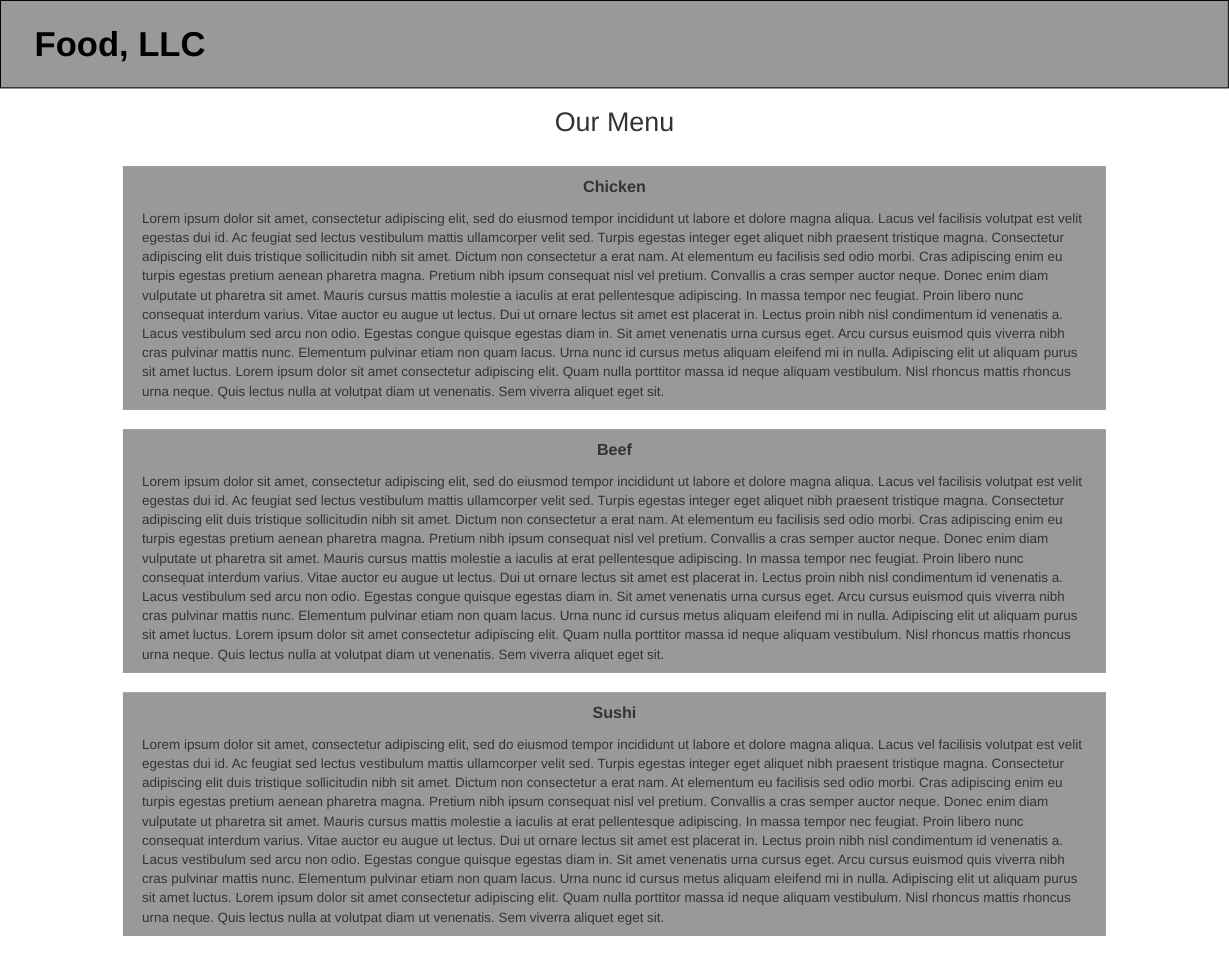
Repository: Cynthia-woo/coursera_frontend_JHU
Page: module3-solution/index.html
The author's editor kept a copy of each file at every save. The page is drawn from the files as they stood at one save, then again after the next save.
The browser window is 1280 px wide. The pictures show the whole page, at 96% of full size.

Above is the page before, as saved 2024-04-21 04:08:26.

### module3-solution/index.html
<!doctype html>
<html lang="en">
  <head>
    <meta charset="utf-8">
    <meta http-equiv="X-UA-Compatible" content="IE=edge">
    <meta name="viewport" content="width=device-width, initial-scale=1">

    <!-- HTML5 shim and Respond.js for IE8 support of HTML5 elements and media queries -->
    <!-- WARNING: Respond.js doesn't work if you view the page via file:// -->
    <!--[if lt IE 9]>
      <script src="https://oss.maxcdn.com/html5shiv/3.7.2/html5shiv.min.js"></script>
      <script src="https://oss.maxcdn.com/respond/1.4.2/respond.min.js"></script>
    <![endif]-->

    <title>Assignment3-solution</title>
    <link rel="stylesheet" href="css/bootstrap.min.css">
    <link rel="stylesheet" href="css/styles.css">
  </head>
<body>
    <header>
        <nav id="header-nav" class="navbar navbar-default">
          <div class="container-fluid">
            <div class="navbar-header">
              <div class="navbar-brand">
                <a href="index.html"><span>Food, LLC</span></a>
              </div>

              <button type="button" class="navbar-toggle collapsed" data-toggle="collapse" data-target="#collapsable-nav" aria-expanded="false">
                <span class="sr-only">Toggle navigation</span>
                <span class="icon-bar"></span>
                <span class="icon-bar"></span>
                <span class="icon-bar"></span>
              </button>
            </div>


            <div id="collapsable-nav" class="collapse navbar-collapse hidden-lg hidden-md">
               <ul id="nav-list" class="nav navbar-nav navbar-right">
                <li>
                  <a href="menu-categories.html">
                    <br class="hidden-xs">Chicken</a>
                </li>
                <li>
                  <a href="#">
                    </span><br class="hidden-xs">Beef</a>
                </li>
                <li>
                  <a href="#">
                    <br class="hidden-xs">Sushi</a>
                </li>
              </ul><!-- #nav-list -->
            </div><!-- .collapse .navbar-collapse -->
          </div><!-- .container -->
        </nav><!-- #header-nav -->
      </header>

      <h1 id="main_title">Our Menu</h1>

      <section>
        <div id="all_dishes" class="row">
            <div class="col-md-12 col-sm-12 col-xs-12">
                <div class="dish_title">Chicken</div>
                <div class="dish_detail">Lorem ipsum dolor sit amet, consectetur adipiscing elit, sed do eiusmod tempor incididunt ut labore et dolore magna aliqua. Lacus vel facilisis volutpat est velit egestas dui id. Ac feugiat sed lectus vestibulum mattis ullamcorper velit sed. Turpis egestas integer eget aliquet nibh praesent tristique magna. Consectetur adipiscing elit duis tristique sollicitudin nibh sit amet. Dictum non consectetur a erat nam. At elementum eu facilisis sed odio morbi. Cras adipiscing enim eu turpis egestas pretium aenean pharetra magna. Pretium nibh ipsum consequat nisl vel pretium. Convallis a cras semper auctor neque. Donec enim diam vulputate ut pharetra sit amet. Mauris cursus mattis molestie a iaculis at erat pellentesque adipiscing. In massa tempor nec feugiat. Proin libero nunc consequat interdum varius. Vitae auctor eu augue ut lectus.

                    Dui ut ornare lectus sit amet est placerat in. Lectus proin nibh nisl condimentum id venenatis a. Lacus vestibulum sed arcu non odio. Egestas congue quisque egestas diam in. Sit amet venenatis urna cursus eget. Arcu cursus euismod quis viverra nibh cras pulvinar mattis nunc. Elementum pulvinar etiam non quam lacus. Urna nunc id cursus metus aliquam eleifend mi in nulla. Adipiscing elit ut aliquam purus sit amet luctus. Lorem ipsum dolor sit amet consectetur adipiscing elit. Quam nulla porttitor massa id neque aliquam vestibulum. Nisl rhoncus mattis rhoncus urna neque. Quis lectus nulla at volutpat diam ut venenatis. Sem viverra aliquet eget sit.</div>
            </div>
            <div class="col-md-12 col-sm-12 col-xs-12">
                <div class="dish_title">Beef</div>
                <div class="dish_detail">Lorem ipsum dolor sit amet, consectetur adipiscing elit, sed do eiusmod tempor incididunt ut labore et dolore magna aliqua. Lacus vel facilisis volutpat est velit egestas dui id. Ac feugiat sed lectus vestibulum mattis ullamcorper velit sed. Turpis egestas integer eget aliquet nibh praesent tristique magna. Consectetur adipiscing elit duis tristique sollicitudin nibh sit amet. Dictum non consectetur a erat nam. At elementum eu facilisis sed odio morbi. Cras adipiscing enim eu turpis egestas pretium aenean pharetra magna. Pretium nibh ipsum consequat nisl vel pretium. Convallis a cras semper auctor neque. Donec enim diam vulputate ut pharetra sit amet. Mauris cursus mattis molestie a iaculis at erat pellentesque adipiscing. In massa tempor nec feugiat. Proin libero nunc consequat interdum varius. Vitae auctor eu augue ut lectus.

                    Dui ut ornare lectus sit amet est placerat in. Lectus proin nibh nisl condimentum id venenatis a. Lacus vestibulum sed arcu non odio. Egestas congue quisque egestas diam in. Sit amet venenatis urna cursus eget. Arcu cursus euismod quis viverra nibh cras pulvinar mattis nunc. Elementum pulvinar etiam non quam lacus. Urna nunc id cursus metus aliquam eleifend mi in nulla. Adipiscing elit ut aliquam purus sit amet luctus. Lorem ipsum dolor sit amet consectetur adipiscing elit. Quam nulla porttitor massa id neque aliquam vestibulum. Nisl rhoncus mattis rhoncus urna neque. Quis lectus nulla at volutpat diam ut venenatis. Sem viverra aliquet eget sit.</div>
            </div>
            <div class="col-md-12 col-sm-12 col-xs-12">
                <div class="dish_title">Sushi</div>
                <div class="dish_detail">Lorem ipsum dolor sit amet, consectetur adipiscing elit, sed do eiusmod tempor incididunt ut labore et dolore magna aliqua. Lacus vel facilisis volutpat est velit egestas dui id. Ac feugiat sed lectus vestibulum mattis ullamcorper velit sed. Turpis egestas integer eget aliquet nibh praesent tristique magna. Consectetur adipiscing elit duis tristique sollicitudin nibh sit amet. Dictum non consectetur a erat nam. At elementum eu facilisis sed odio morbi. Cras adipiscing enim eu turpis egestas pretium aenean pharetra magna. Pretium nibh ipsum consequat nisl vel pretium. Convallis a cras semper auctor neque. Donec enim diam vulputate ut pharetra sit amet. Mauris cursus mattis molestie a iaculis at erat pellentesque adipiscing. In massa tempor nec feugiat. Proin libero nunc consequat interdum varius. Vitae auctor eu augue ut lectus.

                    Dui ut ornare lectus sit amet est placerat in. Lectus proin nibh nisl condimentum id venenatis a. Lacus vestibulum sed arcu non odio. Egestas congue quisque egestas diam in. Sit amet venenatis urna cursus eget. Arcu cursus euismod quis viverra nibh cras pulvinar mattis nunc. Elementum pulvinar etiam non quam lacus. Urna nunc id cursus metus aliquam eleifend mi in nulla. Adipiscing elit ut aliquam purus sit amet luctus. Lorem ipsum dolor sit amet consectetur adipiscing elit. Quam nulla porttitor massa id neque aliquam vestibulum. Nisl rhoncus mattis rhoncus urna neque. Quis lectus nulla at volutpat diam ut venenatis. Sem viverra aliquet eget sit.</div>
            </div>
      </section>


  <!-- jQuery (Bootstrap JS plugins depend on it) -->
  <script src="js/jquery-1.11.3.min.js"></script>
  <script src="js/bootstrap.min.js"></script>
  <script src="js/script.js"></script>
</body>
</html>

### module3-solution/css/styles.css
* {
    margin: 0;
    padding: 0;
    box-sizing: border-box;
}
.navbar-default{
    background-color: #999;
    border: 1px solid black;
    border-radius: 0;

}

.navbar-header {
    padding: 20px;
}

.navbar-brand a{
    color: black;
    font-weight: bold;
    font-size: 2em;
}

.navbar-brand a:hover {
    text-decoration: none;
}

.navbar-toggle #icon-bar{
    color: #dcdcdc;
}

#collapsable-nav {
    background-color: #999;
    border: 1px solid black;
    border-radius: 0;
    padding: 20px;
}


#main_title {
    text-align: center;
    margin-bottom: 30px;
    font-size: 2em;
}


.row {
    margin: 0 auto;
    width: 80%;
}

.col-md-12, .col-sm-12, .col-xs-12 {
    /* width: 80%; */
    margin: 0 auto 20px auto;
    background-color: #999;
    padding: 10px 20px;
}

.dish_title {
    text-align: center;
    font-size: 1.2em;
    font-weight: bold;
    margin-bottom: 10px;
}

Loaded but not shown: module3-solution/css/bootstrap.min.css (library); module3-solution/js/jquery-1.11.3.min.js (library); module3-solution/js/bootstrap.min.js (library); module3-solution/js/script.js (no stored copy; drawn as an empty file)

After the next save:
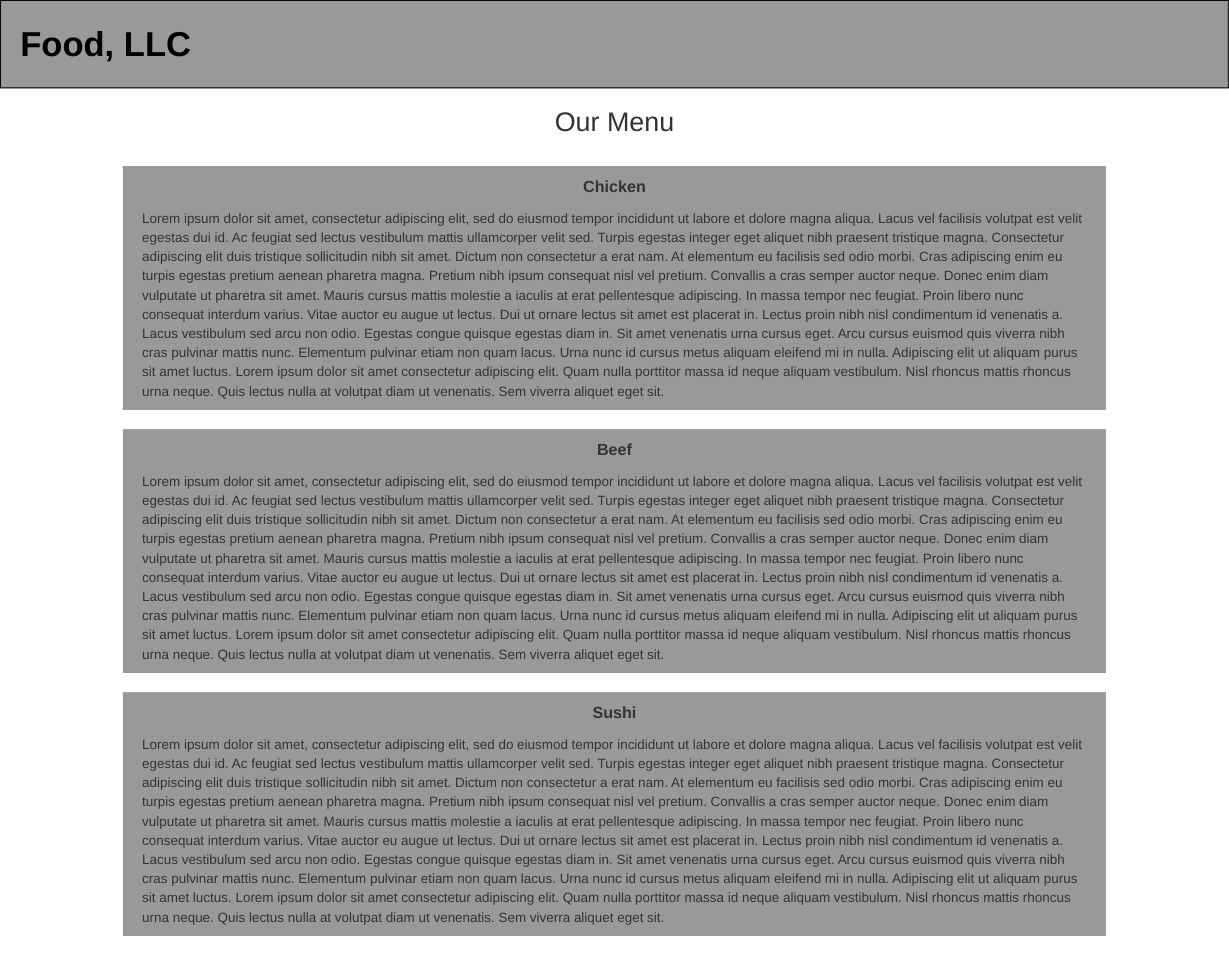
Saved 43 s later.
--- a/module3-solution/css/styles.css
+++ b/module3-solution/css/styles.css
@@ -8,6 +8,10 @@
     border: 1px solid black;
     border-radius: 0;
 
+}
+
+.container-fluid {
+    padding: 0;
 }
 
 .navbar-header {
